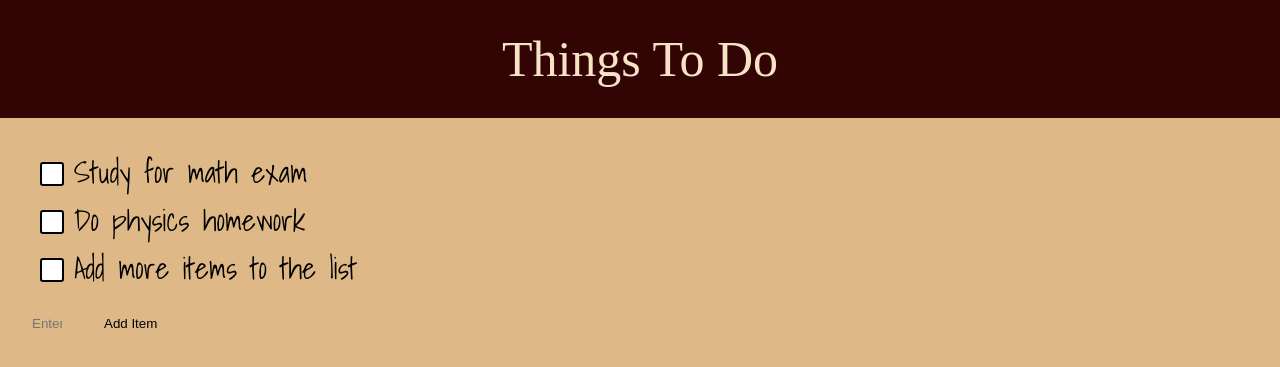
Repository: riya10483/pomodoro
Page: todo.html
The author's editor kept a copy of each file at every save. The page is drawn from the files as they stood at one save, then again after the next save.
The browser window is 1280 px wide. The pictures show the whole page.
Some web fonts or font styles are not loaded; a fallback is used.

Above is the page before, as saved 2024-09-28 21:49:01.
Console error: TypeError: Cannot set properties of null (setting 'innerHTML')

### todo.html
<!DOCTYPE html>
<html lang="en">
<head>
    <meta charset="UTF-8">
    <style>
        @import url('https://fonts.googleapis.com/css2?family=Rye&display=swap');
    </style>
    <style>
        @import url('https://fonts.googleapis.com/css2?family=Shadows+Into+Light&display=swap');
    </style>
    <style>
        @import url('https://fonts.googleapis.com/css2?family=Peralta&family=Rye&display=swap');
    </style>
    <meta name="viewport" content="width=device-width, initial-scale=1.0">
    <title>To Do List</title>
    <link rel="stylesheet" href="todo.css">
</head>
<body>
    <div id="header">Things To Do</div>
    <ul id="checklist">
        <li><input type="checkbox" id="item1"><label for="item1">Study for math exam</label></li>
        <li><input type="checkbox" id="item2"><label for="item2">Do physics homework</label></li>
        <li><input type="checkbox" id="item3"><label for="item3">Add more items to the list</label></li>
    </ul>

    <input type="text" id="newItemText" placeholder="Enter new checklist item">
    <button onclick="addItem()">Add Item</button>

    <script src="functions.js"></script>
</body>
</html>

### todo.css
* {
    background-color:burlywood;
    border: 0px;
    margin: 0px;
}
#header {
    color:rgb(247, 226, 198);
    padding: 30px;
    background-color:rgb(50, 4, 4);
    text-align: center;
    font-family: Rye;
    font-size: 50px;
    border: 0px;
    margin: 0px 0px 30px;
}

li {
    font-size: 30px;
    font-family: "Shadows Into Light";
    list-style: none;
}

input {
    width: 30px;
    height: 30px;
    margin: 15px 30px;
}

/* Hide the default checkbox */
input[type="checkbox"] {
    display: none;
}

/* Create a custom checkbox appearance */
input[type="checkbox"] + label:before {
    content: '';
    display: inline-block;
    width: 20px;
    height: 20px;
    margin-right: 10px;
    border: 2px solid #000;
    border-radius: 3px;
    background-color: white;
    vertical-align: middle;
}

/* Change appearance when checkbox is checked */
input[type="checkbox"]:checked + label:before {
    background-color: rgb(50, 4, 4);;
    border-color: rgb(50, 4, 4);;
    content: '✓';
    color: rgb(247, 226, 198);
    text-align: center;
    font-size: 18px;
    line-height: 20px;
}

/* Strike-through on label text when checkbox is checked */
input[type="checkbox"]:checked + label {
    text-decoration: line-through;
    color: rgb(176, 141, 94);
}

### functions.js

// setInterval(function () {
//     seconds -= 1
//     let timerElement = document.getElementById("timer")
//     timerElement.innerHTML = seconds

// }, 1000);

const startTiming = 25
let time = startTiming * 60

const count = document.getElementById("timer")

setInterval(updateTimer, 1000)
function updateTimer(){
    const minutes = Math.floor(time/60)
    let seconds = time % 60

    //condition ? do this : do that
    seconds  = seconds < 10 ?  '0' + seconds : seconds
    count.innerHTML = `${minutes}:${seconds}`
    time--
}

updateTimer()

let itemCount = 3;

function addItem() {
    const itemText = document.getElementById('newItemText').value;
    if (itemText.trim() !== "") {
        itemCount++;

        // Create a new list item
        const newListItem = document.createElement('li');

        // Create a new checkbox input
        const newCheckbox = document.createElement('input');
        newCheckbox.type = 'checkbox';
        newCheckbox.id = 'item' + itemCount;

        // Create a label for the checkbox
        const newLabel = document.createElement('label');
        newLabel.setAttribute('for', newCheckbox.id);
        newLabel.textContent = itemText;

        // Append checkbox and label to the list item
        newListItem.appendChild(newCheckbox);
        newListItem.appendChild(newLabel);

        // Append the new list item to the checklist
        document.getElementById('checklist').appendChild(newListItem);

        // Clear the input field after adding the item
        document.getElementById('newItemText').value = "";
    } else {
        alert("Please enter a valid item.");
    }
}

After the next save:
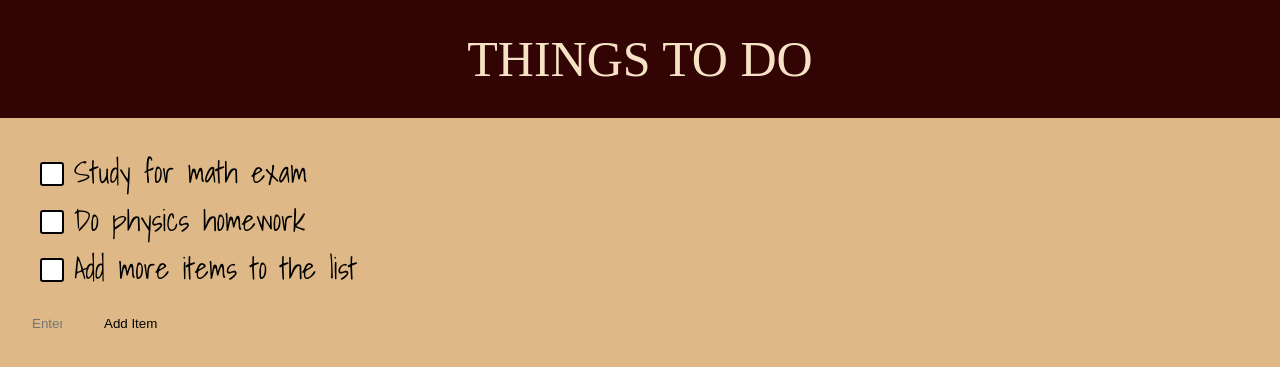
Saved 10 min 2 s later.
--- a/todo.html
+++ b/todo.html
@@ -16,7 +16,7 @@
     <link rel="stylesheet" href="todo.css">
 </head>
 <body>
-    <div id="header">Things To Do</div>
+    <div id="header">THINGS TO DO</div>
     <ul id="checklist">
         <li><input type="checkbox" id="item1"><label for="item1">Study for math exam</label></li>
         <li><input type="checkbox" id="item2"><label for="item2">Do physics homework</label></li>
